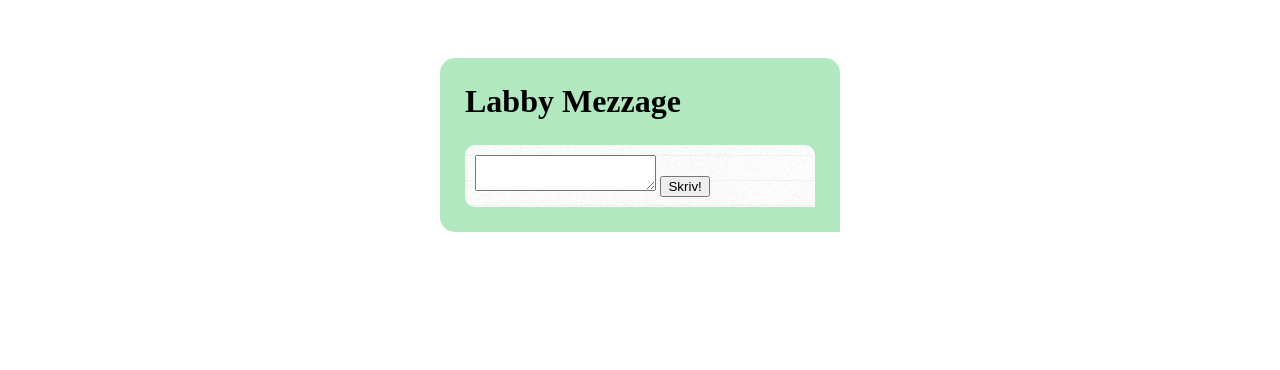
Repository: lw222gu/1dv403-laborationer
Page: 2-labbymezzage/index.html
The author's editor kept a record of every edit. The page is drawn from the files as they stood at one moment, then again after the next edit.
The browser window is 1280 px wide. The pictures show the whole page.
Some web fonts or font styles are not loaded; a fallback is used.

Above is the page before.
Console error: TypeError: Cannot set properties of null (setting 'onclick')

After the next edit:
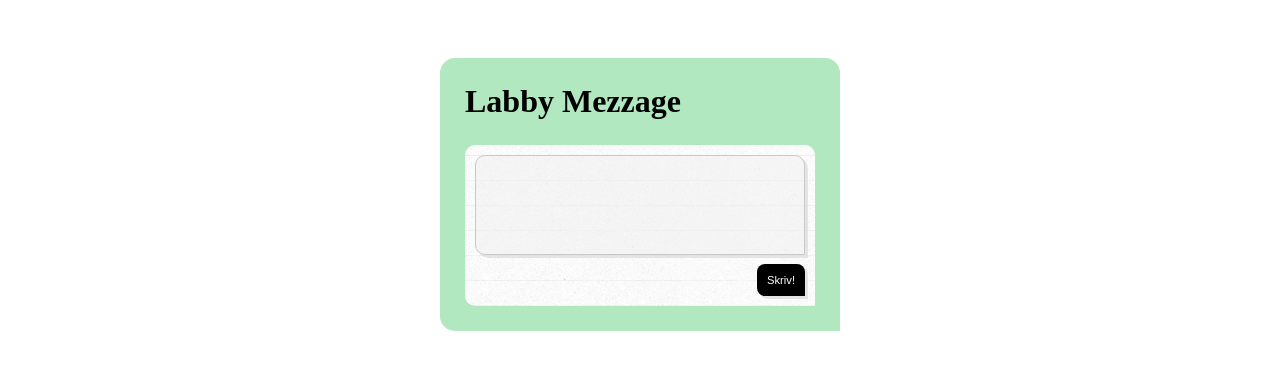
The error is gone.
The edit:
--- a/2-labbymezzage/index.html
+++ b/2-labbymezzage/index.html
@@ -33,8 +33,8 @@
 -->
                 </div>
                 <div id="counter"></div>
-                <textarea class="textbox"></textarea>
-                <input class="button" type="submit" value="Skriv!" />
+                <textarea id="textbox"></textarea>
+                <input id="button" type="submit" value="Skriv!" />
             </main>
         </div>
 
